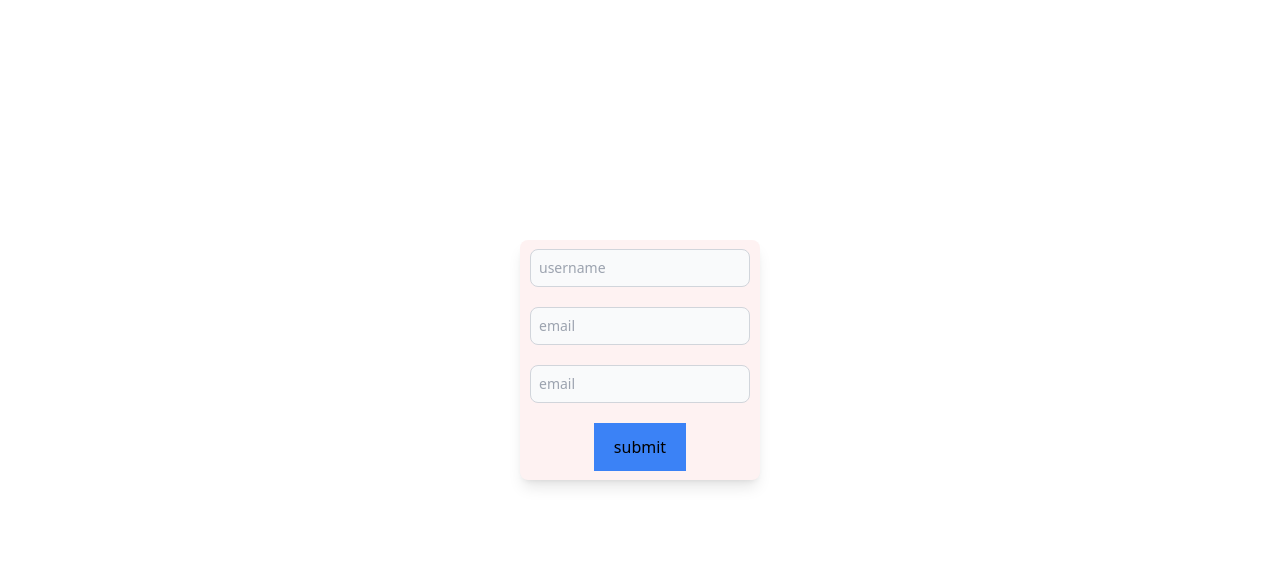
Repository: Emy-gold/alx-fe-reactjs
Page: / (app in form-handling-react/)
The author's editor kept a copy of each file at every save. The page is drawn from the files as they stood at one save, then again after the next save.
The browser window is 1280 px wide. The pictures show the whole page.
The project was rebuilt for these pictures with package versions that can differ from the ones it lists, and the page was loaded fresh each time. Also part of the build but not shown: form-handling-react/vite.config.js.

Above is the page before, as saved 2025-08-22 22:00:20.

After the next save:
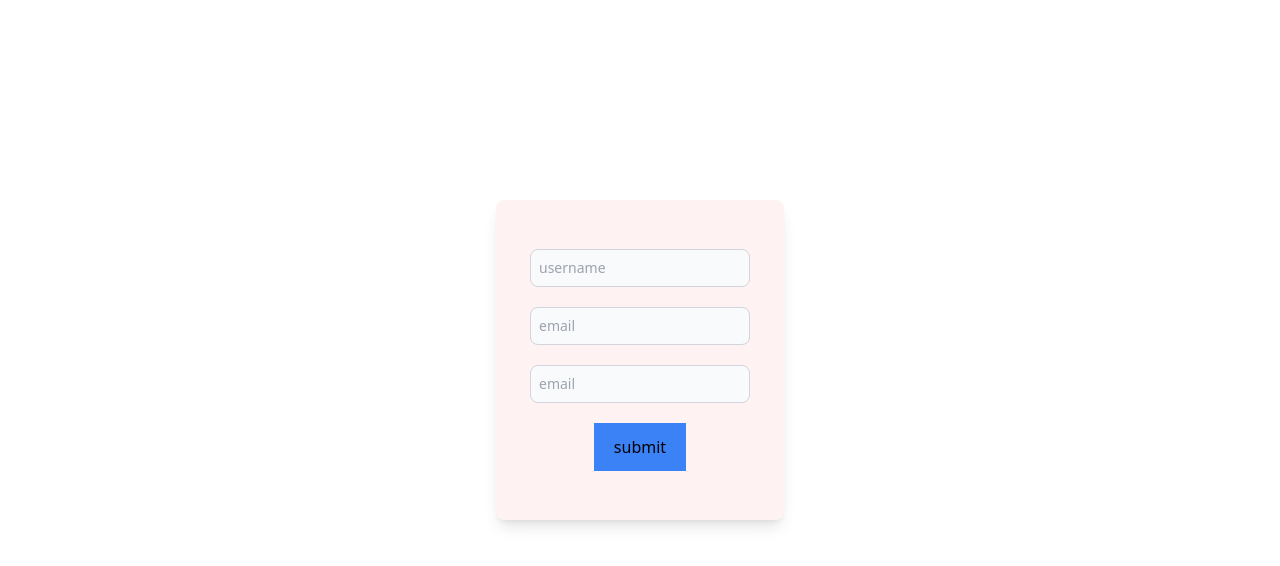
Saved 26 s later.
--- a/form-handling-react/src/components/RegistrationForm.jsx
+++ b/form-handling-react/src/components/RegistrationForm.jsx
@@ -17,7 +17,7 @@ function RegistrationForm() {
 
     return (
         <div className='flex w-full mx-auto h-screen justify-center items-center'>
-            <form onSubmit={handleSubmit} className='flex flex-col justify-center items-center w-60 h-60 rounded-lg shadow-lg bg-red-50 p-10'>
+            <form onSubmit={handleSubmit} className='flex flex-col justify-center items-center w-72 h-80 rounded-lg shadow-lg bg-red-50 p-10'>
                 <input
                     type="text"
                     name="username"
